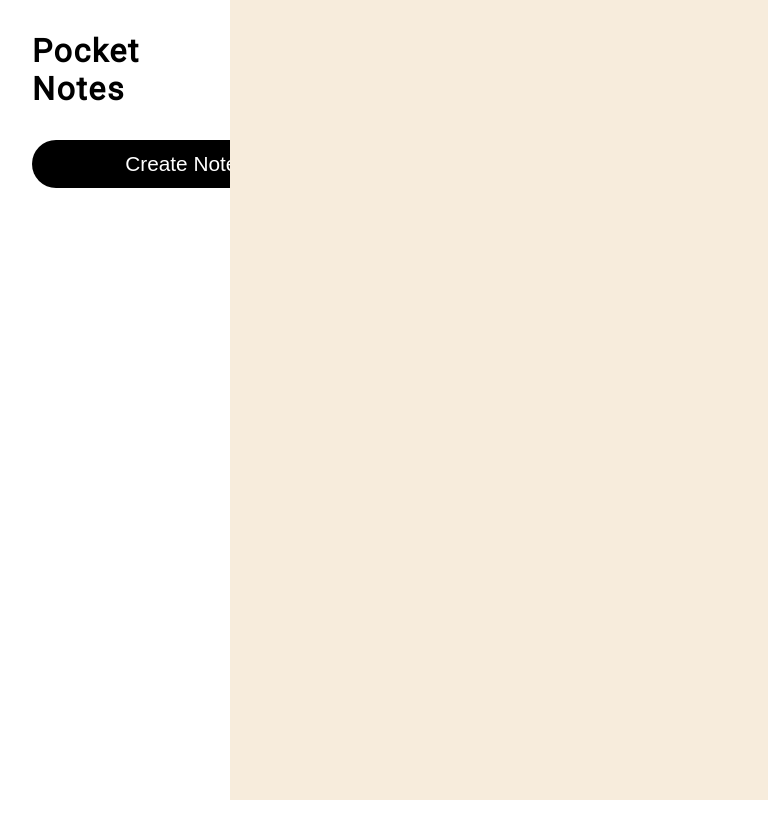
Repository: drumsmanku/react-module-test
Page: /
The author's editor kept a copy of each file at every save. The page is drawn from the files as they stood at one save, then again after the next save.
The browser window is 768 px wide. The pictures show the whole page.
The project was rebuilt for these pictures with package versions that can differ from the ones it lists, and the page was loaded fresh each time. Also part of the build but not shown: src/Components/NotesComponent.js.

Above is the page before, as saved 2023-06-12 20:08:20.

### src/App.js
import './App.css';
import MainPage from './Components/MainPage';

function App() {
  return (
    <div className="App">
      <MainPage/>
    </div>
  );
}

export default App;

### src/Components/MainPage.js
import React, { useState, useEffect } from "react";
import "./MainPage.css";
import PopUp from "./PopUp";
import NotesComponent from "./NotesComponent";
import img1 from '../Assets/img1.png'

function MainPage() {

  const colors=['#81acbc', '#567da2','#9c7ac8','#91b1c5','#ea9fd8','#35f030','#8c5064','#186e33','#c25650','#cc7ec7','#2521ef','#e9d499','#25f073','#dcf4b6','#17cb98','#cb6856','#49616e','#7fef88','#a362f6','#08e400','#9726a2','#5c0a51' ];

  const [activeGroup, setActiveGroup] = useState(null);

  const addThing = (idx) => {
    setActiveGroup(idx);
  };

  const [selectedGroup, setSelectedGroup] = useState(null);
  const [buttonState, setButtonState] = useState(false);

  const addComponent = (groupIndex) => {
    setSelectedGroup(groupIndex);
  };
  const [myGroups, setMyGroups] = useState(() => {
    const storedValue = localStorage.getItem("group");
    return storedValue ? JSON.parse(storedValue) : [];
  });

  useEffect(() => {
    localStorage.setItem("group", JSON.stringify(myGroups));
  }, [myGroups]);

  useEffect(()=>{
    setButtonState(true);
  },[])

  return (
    <div className="main-container">
      <div className="first-compartment">
        <h1>Pocket Notes</h1>
        <div className="group-buttons">
          <PopUp myGroups={myGroups} setMyGroups={setMyGroups} />
          {myGroups.map((group, idx) => (
            <button
              className="cat-buttons"
              key={idx}
              onClick={() => addComponent(idx)}
            >
              <div
                className="icon"
                style={{ backgroundColor: colors[idx] }}
              ></div>{" "}
              {group}
            </button>
          ))}
        </div>
      </div>
      <div className="second-compartment">

        {selectedGroup !== null && (
          <NotesComponent
            groupIndex={selectedGroup}
            groupName={myGroups[selectedGroup]}
          />
        )}
      </div>
    </div>
  );
}

export default MainPage;

### src/Components/MainPage.css
@import url('https://fonts.googleapis.com/css2?family=Roboto&display=swap');
body{
  font-family: 'Roboto';
}

.main-container{
  height: 100vh;
  width: 100vw;
  display: flex;
}

.first-compartment{
  width: 30%;
  height: 100vh;
}

.first-compartment h1{
  margin: 0;
  text-align: left;
  padding: 2rem;
}
.group-buttons{
  height: 85%;
  max-height: 85%;
  width: 80%;
  display: flex;
  flex-direction: column;
  align-items: flex-start;
  margin-left: 2rem;
}

.cat-buttons{
  width: 27rem;
  height: 5rem;
  background-color: white;
  color: black;
  margin: 1rem 1rem 1rem 0;
  font-size: 1.3rem;
  font-weight: medium;
  display: flex;
  align-items: center;
  border-top-left-radius: 1.5rem;
  border-bottom-left-radius: 1.5rem;
  background: none;
  border: none;
  transition: 0.1s ease-in;

}
.cat-buttons:hover{
  background-color: #F7ECDC;
}
.icon{
  height: 3.5rem;
  width: 3.5rem;
  border-radius: 50%;
  margin-right: 2rem;

}
.second-compartment{
  background-color: #F7ECDC;
  width: 70%;
  height: 100vh;
}

### src/Components/PopUp.js
import React, { useState } from "react";
import "./PopUp.css";
import Popup from "reactjs-popup";
import "reactjs-popup/dist/index.css";

function PopUp({ myGroups, setMyGroups, color, setColor }) {
  const [input, setInput] = useState("");
  const colorSet=['#e9d499','#25f073','#dcf4b6','#17cb98','#cb6856']

  const handleColor=(event)=>{
    setColor(event.target.backgroundColor);
  }

  const handleInputChange = (event) => {
    setInput(event.target.value);
  };

  const handleButtonClick = () => {
    setMyGroups([...myGroups, input]);
    setInput("");
  };

  return (
    <div className="popup-container">
      <Popup
        trigger={<button className="btn-1">Create Notes group</button>}
        modal
        nested

      >
        {(close) => (
          <div style={{height:'30vh',paddingLeft:'2rem', paddingTop:'2rem' }} className="modal">
            <div style={{ fontWeight:'bold', fontSize:'1.5rem', marginBottom:'1.5rem'}} className="content">Welcome to GFG!!!</div>
            <div style={{marginLeft:'1rem'}}>
              <div style={{marginBottom:'1.8rem'}}>
                <label htmlFor="name" style={{marginRight:'2rem', fontWeight:'bold', fontSize:'1.5rem'}}>Group Name </label>
                <input style={{width:'25rem',height:'2rem', borderRadius:'2rem', border:'0.2rem solid #CCCCCC', fontSize:'1.3rem', paddingLeft:'1rem'}} type="text" onChange={handleInputChange} value={input} placeholder="Enter your group name...." />
              </div>
              <div style={{display:'flex', alignItems:'center', marginBottom:'1.8rem'}} className="hues">
                <label htmlFor="color" style={{marginRight:'2rem', fontWeight:'bold', fontSize:'1.5rem'}}>Choose colour</label>
                <div style={{display:'flex'}}>
                  {colorSet.map((color, idx)=>(
                    <div onClick={handleColor} key={idx} style={{height:'1.8rem', width:'1.8rem', borderRadius:'50%', backgroundColor:color, marginRight:'1rem'}}></div>
                  ))}
                </div>

              </div>
              <div style={{width:'90%', display:'flex', justifyContent:'flex-end'}}>
                <button style={{width:'8rem', height:'2rem', backgroundColor:'black', color:'white', border:'none', borderRadius:'0.5rem', fontSize:'1.2rem', letterSpacing:'0.1rem'}} onClick={handleButtonClick}>add</button>
              </div>

            </div>
          </div>
        )}
      </Popup>
    </div>
  );
}

export default PopUp;

### src/Components/PopUp.css
@import url('https://fonts.googleapis.com/css2?family=Roboto&display=swap');

body{
  font-family: 'Roboto';
  letter-spacing: 0.1rem;
}

.btn-1{
  width: 23rem;
  height: 3rem;
  background-color: black;
  border: none;
  border-radius: 3rem;
  color: white;
  font-weight: 2rem;
  font-size: 1.3rem;
}
.modal{

}

### src/Components/NotesComponent.css
@import url('https://fonts.googleapis.com/css2?family=Roboto&display=swap');
body{
  font-family: 'Roboto';
}

.notes-container{
  display: flex;
  height: inherit;
  width: 100%;
  flex-direction: column;
  align-items: center;
  justify-content: space-between;
}
.heading{
  display: flex;
  flex-direction: row;
  justify-content: flex-start;
}
.notes-section {
  height: 60vh;
  max-height: 60vh;
  overflow-y: scroll;
}
input:focus{
  outline: none;
  border: none;
}

Loaded but not shown: public/index.html (common file); src/index.js (common file); src/index.css (common file); src/App.css (common file)

After the next save:
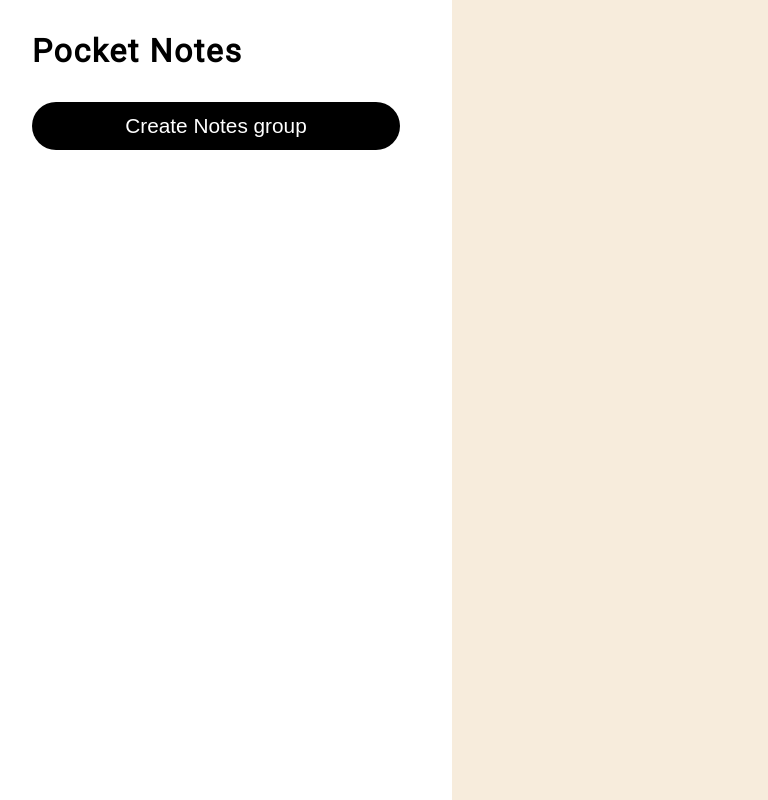
Saved 11 min 25 s later.
--- a/src/Components/MainPage.css
+++ b/src/Components/MainPage.css
@@ -61,3 +61,10 @@ body{
   width: 70%;
   height: 100vh;
 }
+@media(max-width:768px){
+  .first-compartment {
+    width: 100%;
+    height: 100vh;
+  }
+
+}
